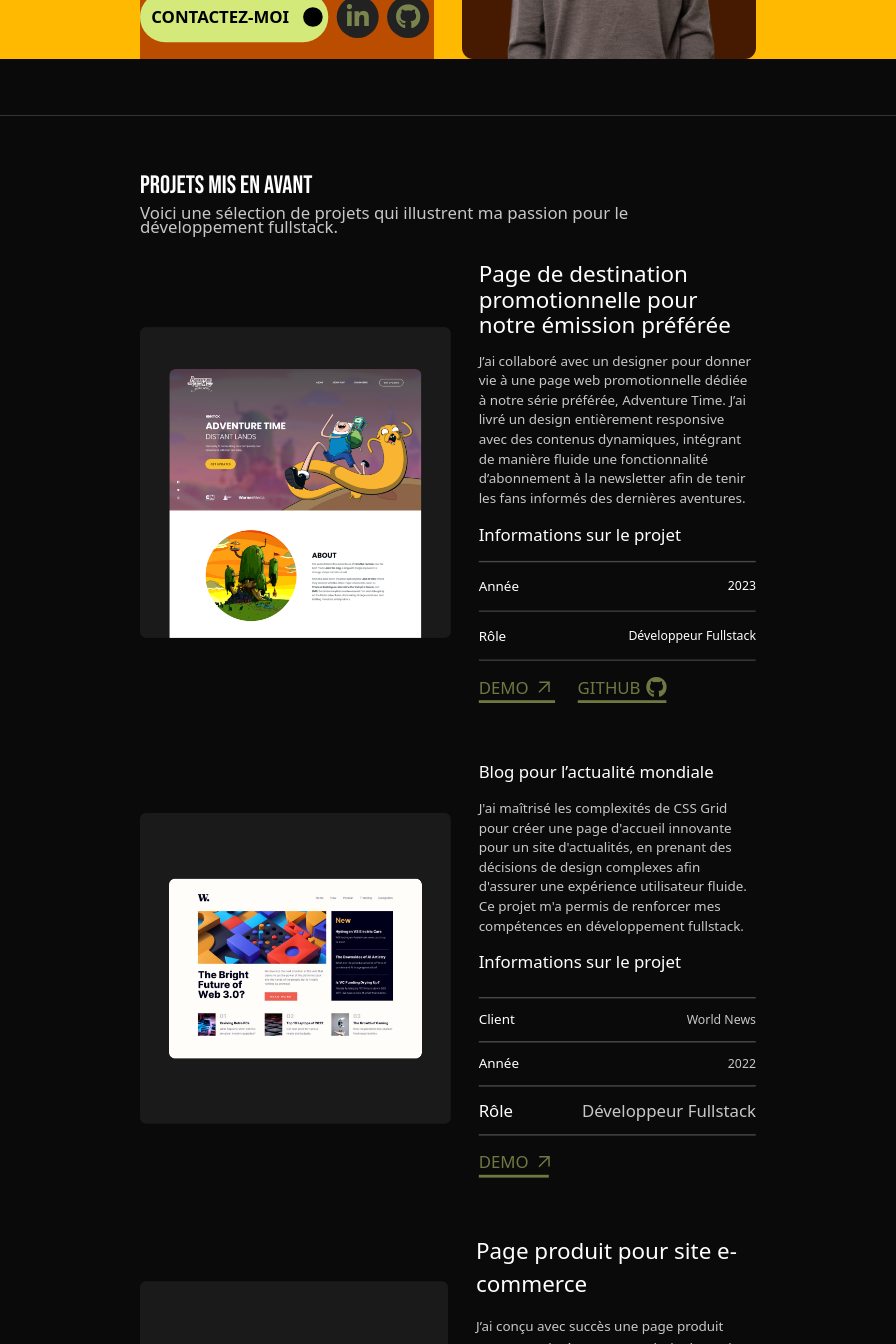
Repository: muslimdrame37-oss/Portfolio1
Page: src/index.html
An editor plug-in stored every save of this project. The page is shown before and after a run of saves, followed by the edit.
The browser window is 1280 px wide. The pictures show the part of the page from y = 495 to 2415 px (the page is 4412 px tall before and 4532 px after), at 70% of full size.
Some web fonts or font styles are not loaded; a fallback is used. Some web libraries are served in a nearby version.

Above is the page before, as saved 2026-02-11 20:49:06.

After the next 4 saves:
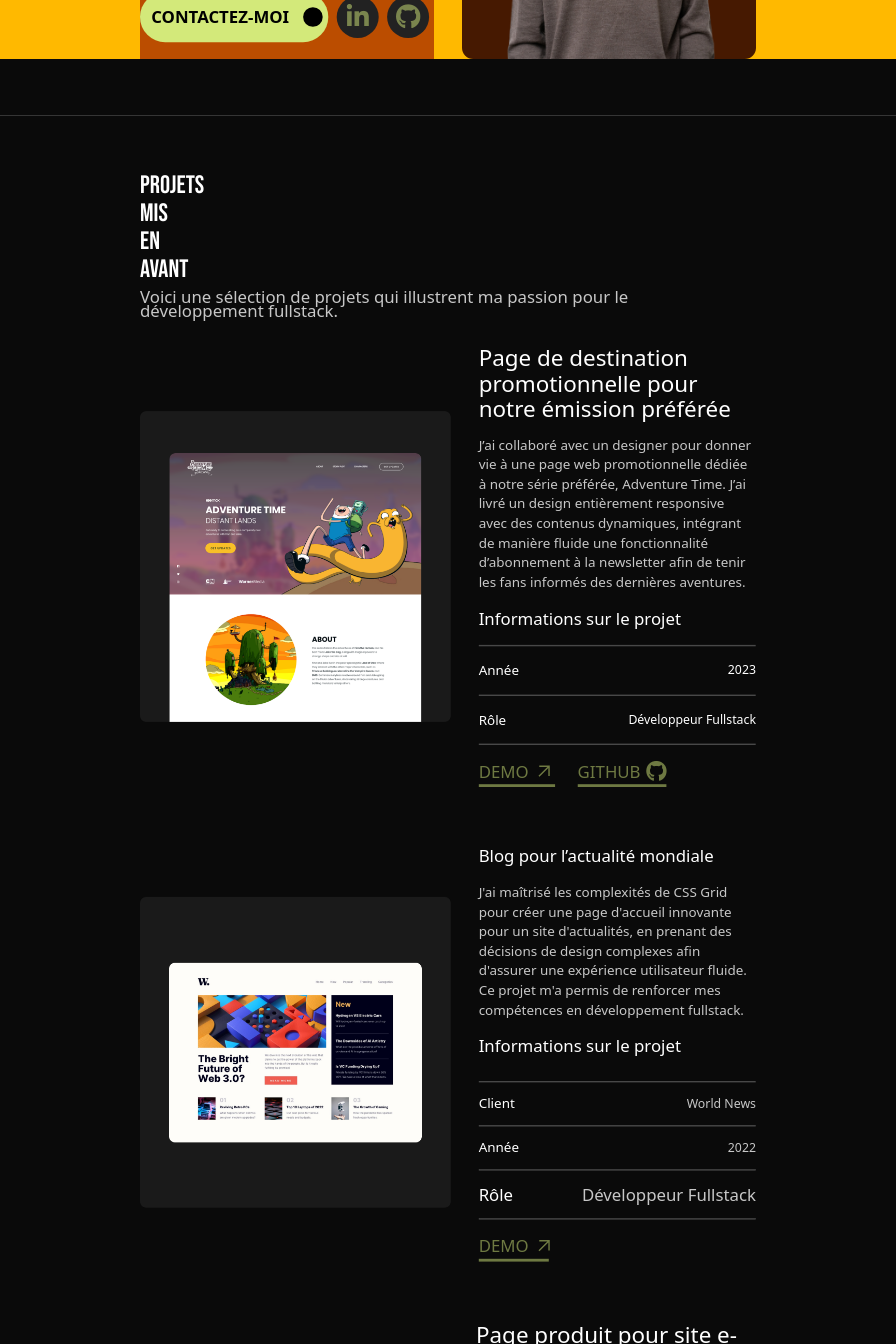
The 4 saves are shown as one change because they came seconds apart.
The last was saved 5 min 26 s later.
--- a/src/index.html
+++ b/src/index.html
@@ -84,7 +84,7 @@
 
         <section class="flex flex-col px-8 mt-20 lg:px-50">
             <div class="flex flex-col gap-2">
-                <h2 class="text-4xl text-white font-bebas lg:text-6xl">PROJETS MIS EN AVANT</h2>
+                <h2 class="text-4xl text-white font-bebas lg:text-6xl lg:w-1">PROJETS MIS EN AVANT</h2>
                 <p class="text-2xl text-[#C7C7C7] leading-5">Voici une sélection de projets qui illustrent ma passion pour le développement fullstack.</p>
             </div>
             <div class="flex flex-col lg:flex-row gap-10 mt-10 lg:w-[1,224px] justify-center items-center">

After the save that followed:
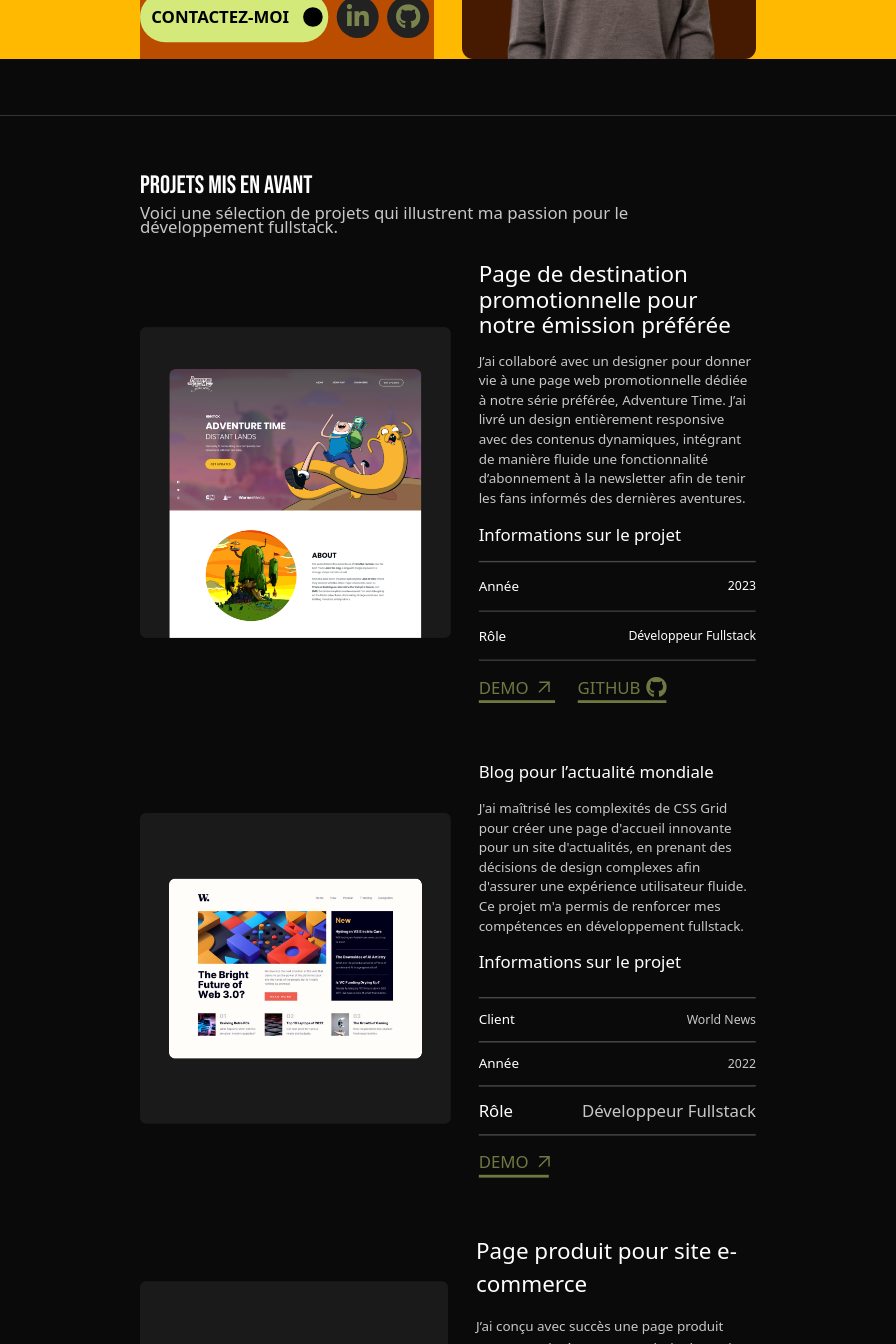
Saved 4 s later.
--- a/src/index.html
+++ b/src/index.html
@@ -84,7 +84,7 @@
 
         <section class="flex flex-col px-8 mt-20 lg:px-50">
             <div class="flex flex-col gap-2">
-                <h2 class="text-4xl text-white font-bebas lg:text-6xl lg:w-1">PROJETS MIS EN AVANT</h2>
+                <h2 class="text-4xl text-white font-bebas lg:text-6xl lg:w-1/2">PROJETS MIS EN AVANT</h2>
                 <p class="text-2xl text-[#C7C7C7] leading-5">Voici une sélection de projets qui illustrent ma passion pour le développement fullstack.</p>
             </div>
             <div class="flex flex-col lg:flex-row gap-10 mt-10 lg:w-[1,224px] justify-center items-center">
